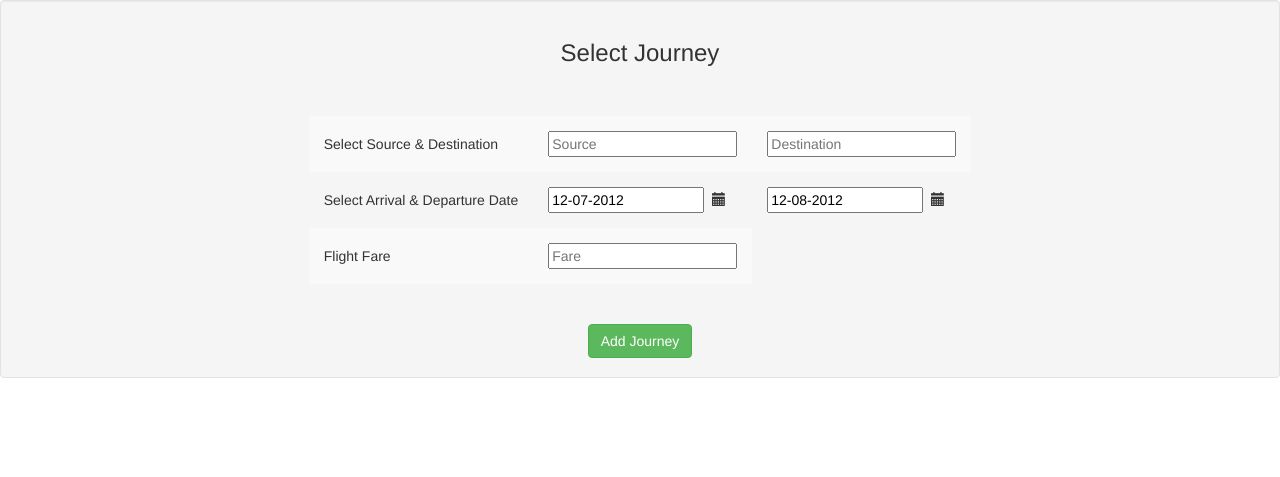
Repository: harshadrane89/CMPE273-WebService-AirlineManagement
Page: http://localhost/AirlineManagementSystemClient/TwitterGUI/AddJourney.jsp
These files come from the project's save history. The page is drawn as it stood at one moment and after the next save; the edit follows.
The browser window is 1280 px wide. The pictures show the whole page.
The page is served by Tomcat 9. Nobody is signed in. The application's start-up code is not run.

Above is the page before, as saved 2013-12-07 12:11:06.

After the next save:
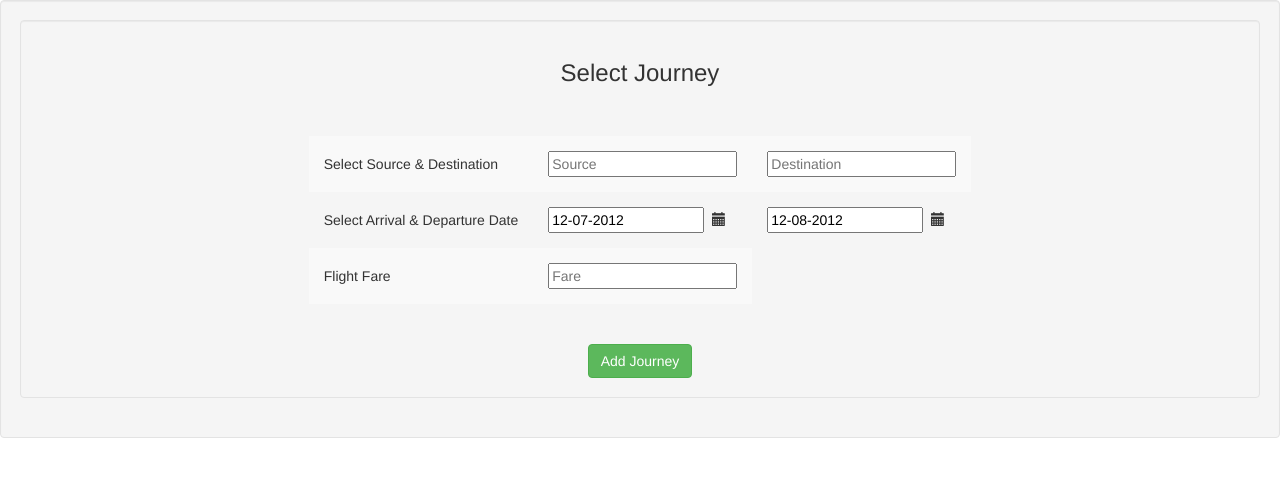
Saved 1 s later.
--- a/273_Project_Tomcat/AirlineManagementSystemClient/WebContent/TwitterGUI/AddJourney.jsp
+++ b/273_Project_Tomcat/AirlineManagementSystemClient/WebContent/TwitterGUI/AddJourney.jsp
@@ -13,7 +13,7 @@
 </head>
 <body>
 
-<div class="wel">
+<div class="well">
 	<%
 			if(session.getAttribute("newFlight")!=null){
 				FlightDetails flight=(FlightDetails)session.getAttribute("newFlight");
